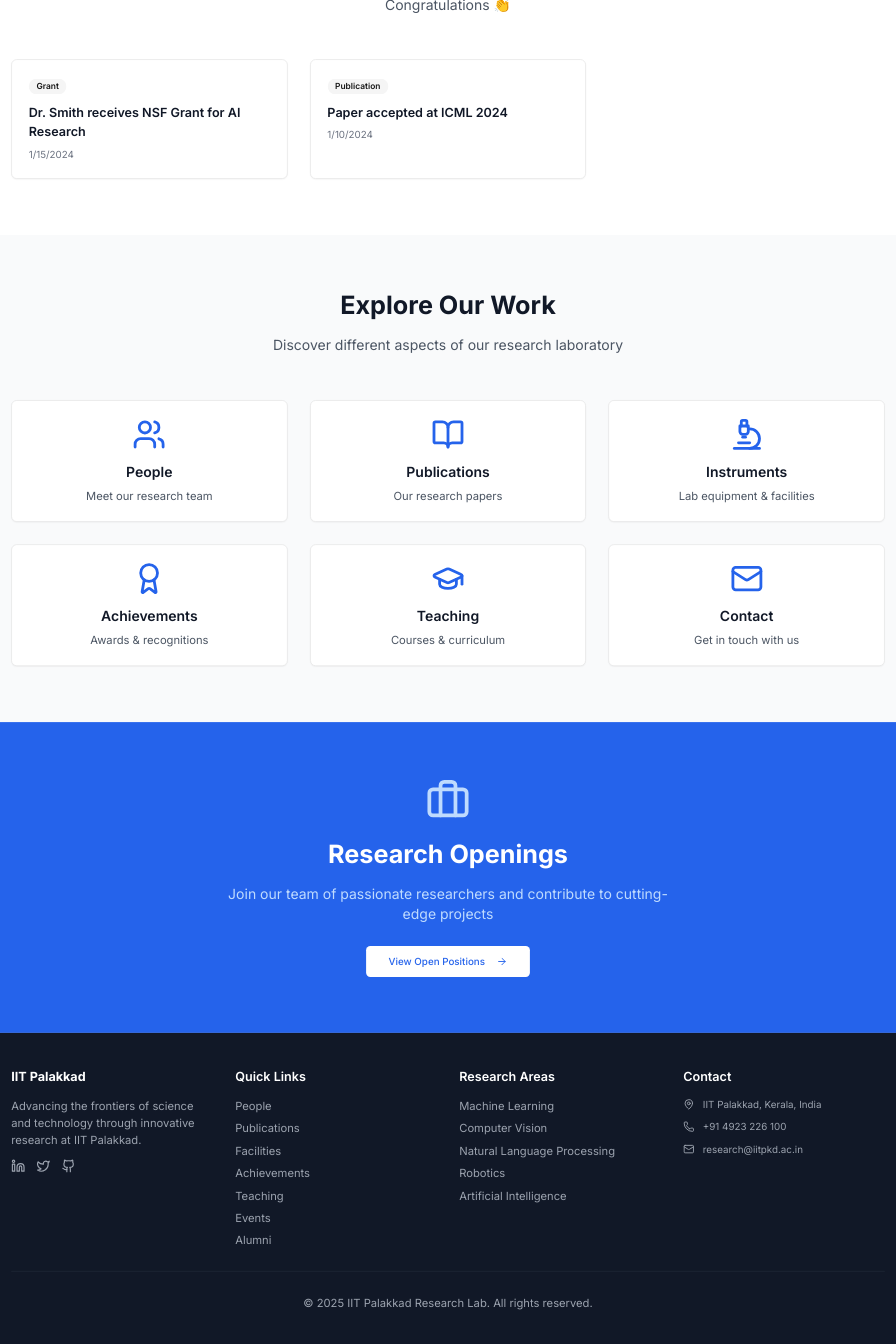
Repository: Gopikrish-30/iit-palakkad-arise
Page: /
The author's editor kept a copy of each file at every save. The page is drawn from the files as they stood at one save, then again after the next save.
The browser window is 1280 px wide. The pictures show the part of the page from y = 2262 to 4182 px (the page is 4182 px tall), at 70% of full size.
The project was rebuilt for these pictures with package versions that can differ from the ones it lists, and the page was loaded fresh each time. The framework's server and built-in components were replaced by stand-ins that run in the browser. Also part of the build but not shown: next.config.mjs.

Above is the page before, as saved 2025-06-08 16:46:27.

After the next save:
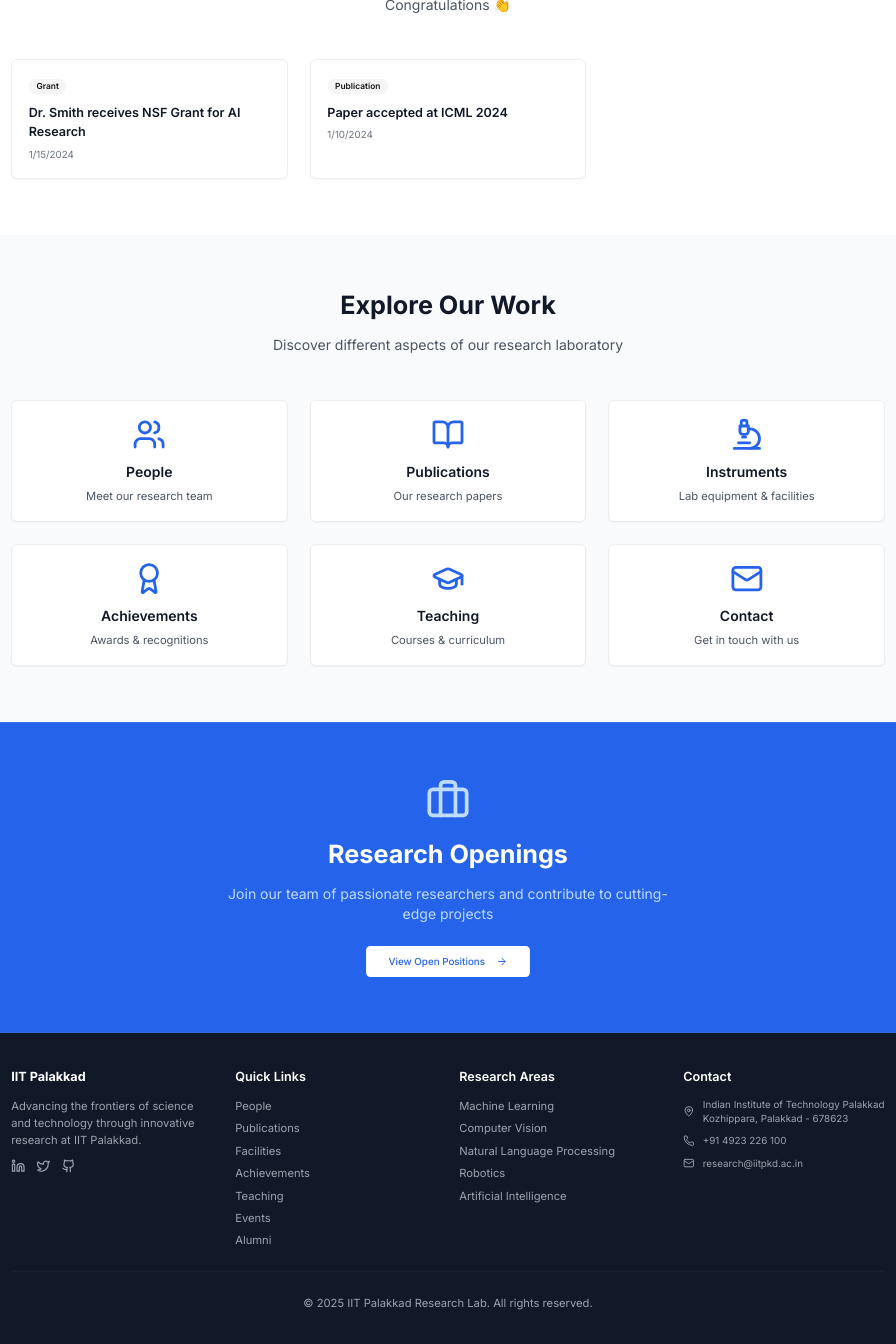
Saved 18 s later.
--- a/components/layout/footer.tsx
+++ b/components/layout/footer.tsx
@@ -91,15 +91,18 @@ export default function Footer() {
             <div className="space-y-3">
               <div className="flex items-center space-x-3">
                 <MapPin className="h-4 w-4 text-gray-400" />
-                <span className="text-gray-400 text-sm">IIT Palakkad, Kerala, India</span>
+                <div className="text-gray-400 text-sm">
+                  <div>{contactInfo.address.line2}</div>
+                  <div>{contactInfo.address.line4}</div>
+                </div>
               </div>
               <div className="flex items-center space-x-3">
                 <Phone className="h-4 w-4 text-gray-400" />
-                <span className="text-gray-400 text-sm">+91 4923 226 100</span>
+                <span className="text-gray-400 text-sm">{contactInfo.phone}</span>
               </div>
               <div className="flex items-center space-x-3">
                 <Mail className="h-4 w-4 text-gray-400" />
-                <span className="text-gray-400 text-sm">research@iitpkd.ac.in</span>
+                <span className="text-gray-400 text-sm">{contactInfo.email}</span>
               </div>
             </div>
           </div>
